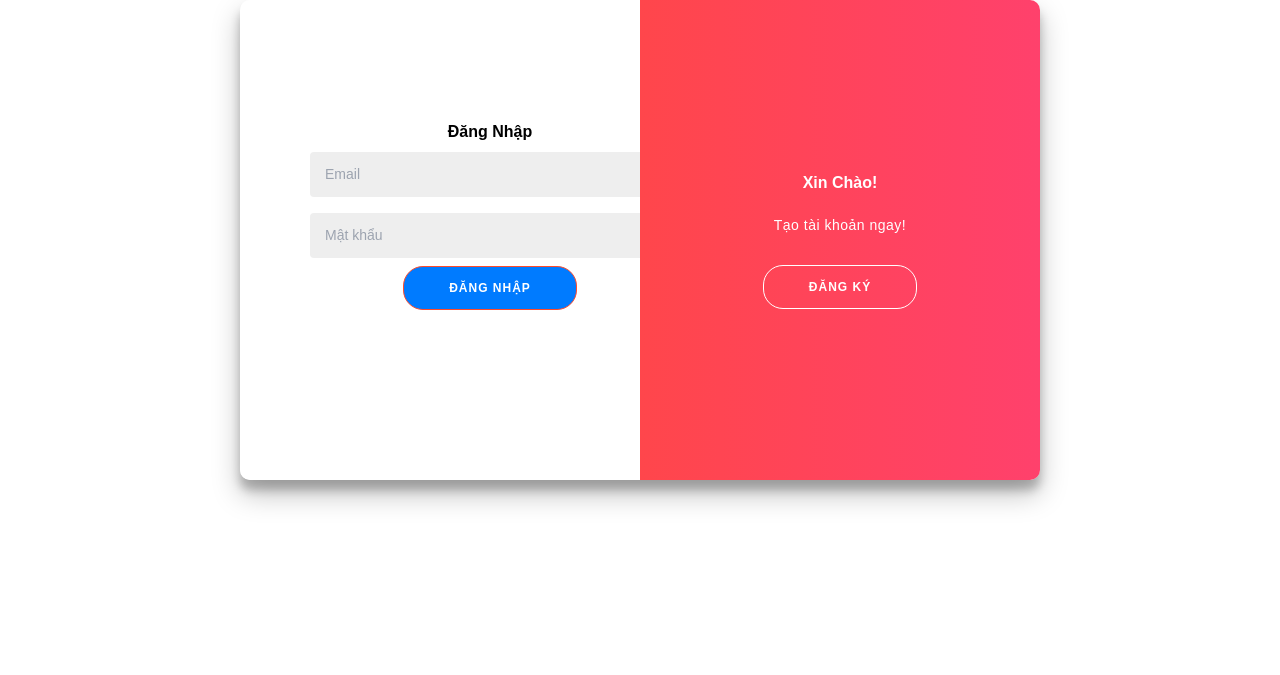
Repository: BlackWolf2002/project_airbn_react
Page: /login
These files come from the project's save history. The page is drawn as it stood at one moment and after the next save; the edit follows.
The browser window is 1280 px wide. The pictures show the whole page.
The project was rebuilt for these pictures with package versions that can differ from the ones it lists, and the page was loaded fresh each time. Also part of the build but not shown: vite.config.js, src/api/apiService.js, src/style/Home.css, src/components/Navbar.jsx, src/style/Footer.css, src/components/Footer.jsx, src/components/Home.jsx, src/style/Admin.css and 18 more.

Above is the page before, as saved 2025-02-16 17:56:29.

After the next save:
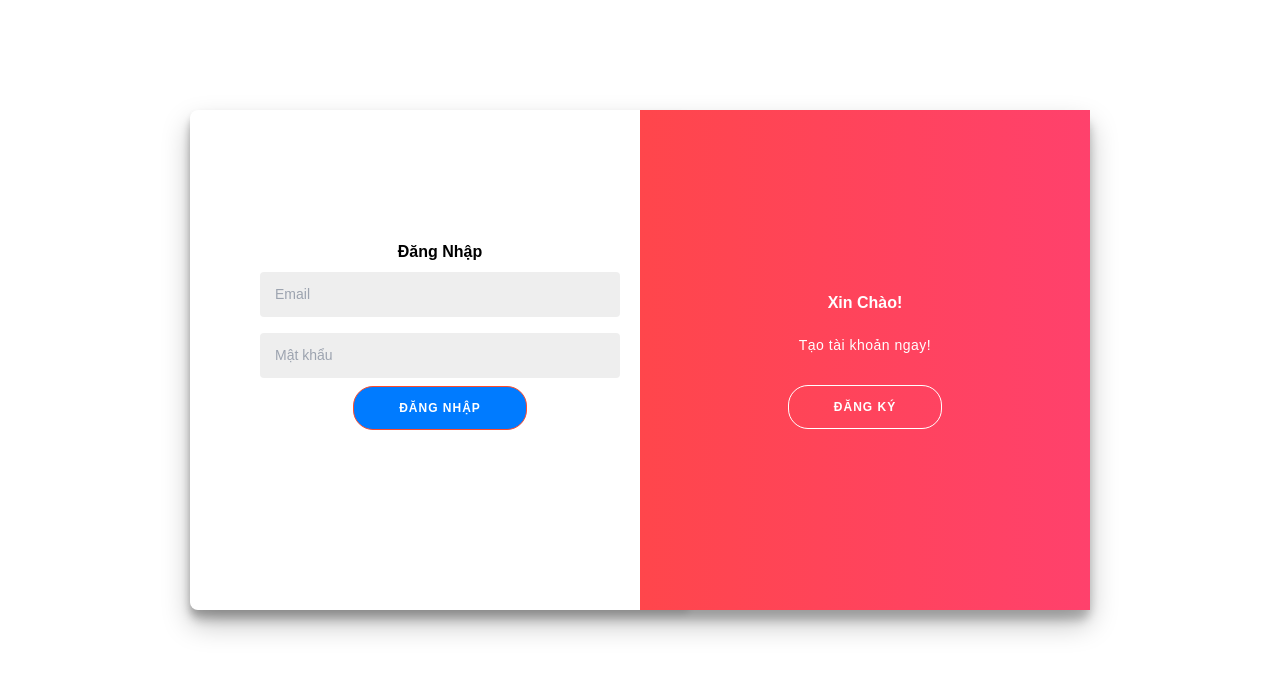
Saved 78 s later.
--- a/src/style/Login.css
+++ b/src/style/Login.css
@@ -2,16 +2,15 @@
     background-color: #fff;
     border-radius: 10px;
     box-shadow: 0 14px 28px rgba(0, 0, 0, 0.25), 0 10px 10px rgba(0, 0, 0, 0.22);
-    position: relative;
-    overflow: hidden;
-    max-width: 800px;
+    position: absolute;
+    top: 50%;
+    left: 50%;
+    transform: translate(-50%, -50%);
+    max-width: 900px;
     width: 100%;
-    min-height: 480px;
+    min-height: 500px;
     font-family: "Montserrat", sans-serif;
-    height: auto;
-    margin: auto;
     display: flex;
-    flex-direction: column;
     align-items: center;
     justify-content: center;
 }
